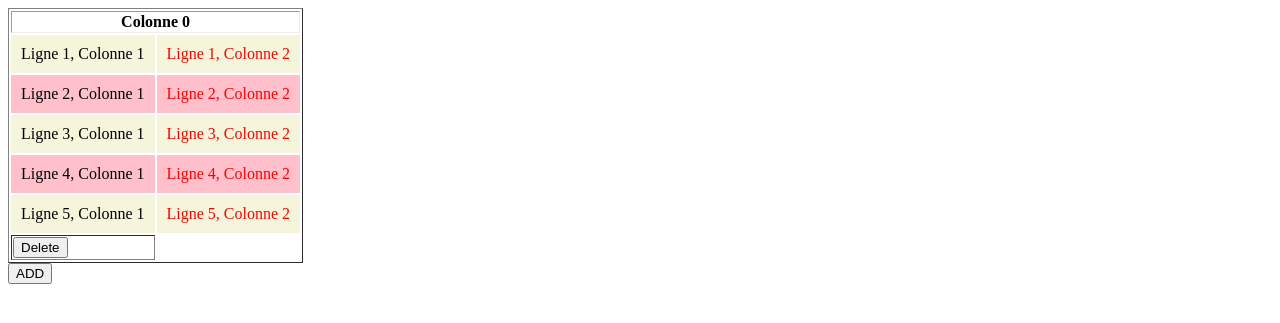
Repository: Chaimaa482/web-tp4
Page: ex1.html
These files come from the project's save history. The page is drawn as it stood at one moment and after the next save; the edit follows.
The browser window is 1280 px wide. The pictures show the whole page.
After loading, the first visible `button` was clicked once.

Above is the page before, as saved 2023-10-29 14:48:51.

After the next save:
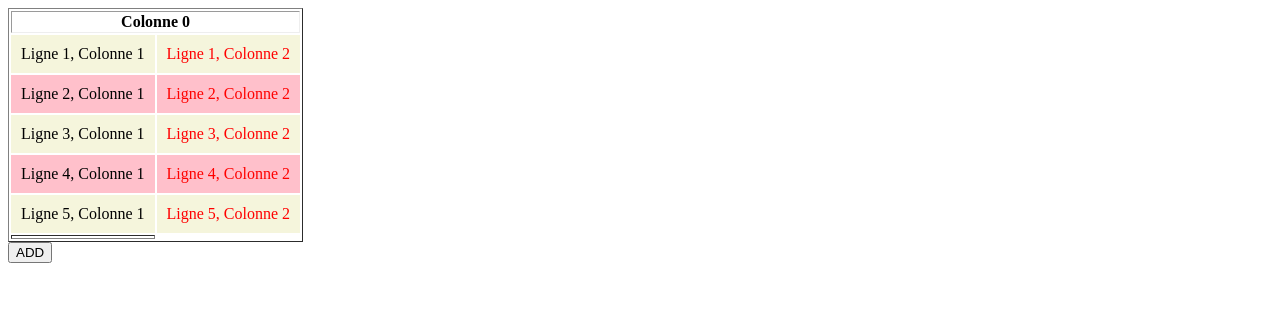
Saved 28 s later.
--- a/ex1.html
+++ b/ex1.html
@@ -83,7 +83,7 @@
          var addButton = document.querySelector('button');
          addButton.addEventListener('click', function() {
          var newRow = document.createElement('td');
-         newRow.innerHTML = "<td></td><td></td><td><button class='delete-btn'>Delete</button></td>";
+         newRow.innerHTML = "<td></td><td></td><td></td>";
          document.querySelector('table').appendChild(newRow);
 
         //  // Attach event listener for delete button in the new row
